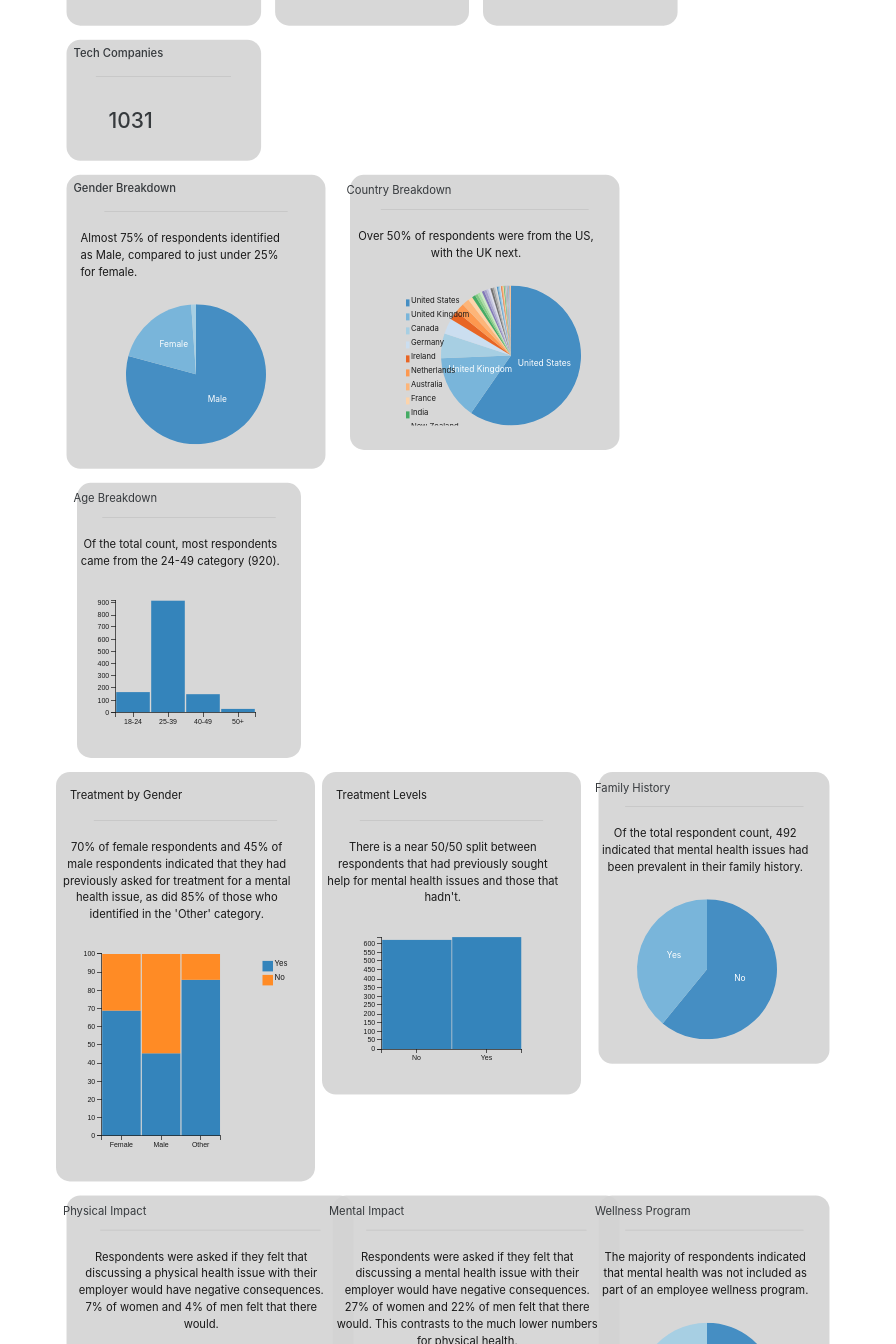
Repository: martingr1/mhdashboard
Page: index.html
The author's editor kept a record of every edit. The page is drawn from the files as they stood at one moment, then again after the next edit.
The browser window is 1280 px wide. The pictures show the part of the page from y = 554 to 2474 px (the page is 2861 px tall before and 2885 px after), at 70% of full size.
Some web libraries are served in a nearby version.

Above is the page before.

After the next edit:
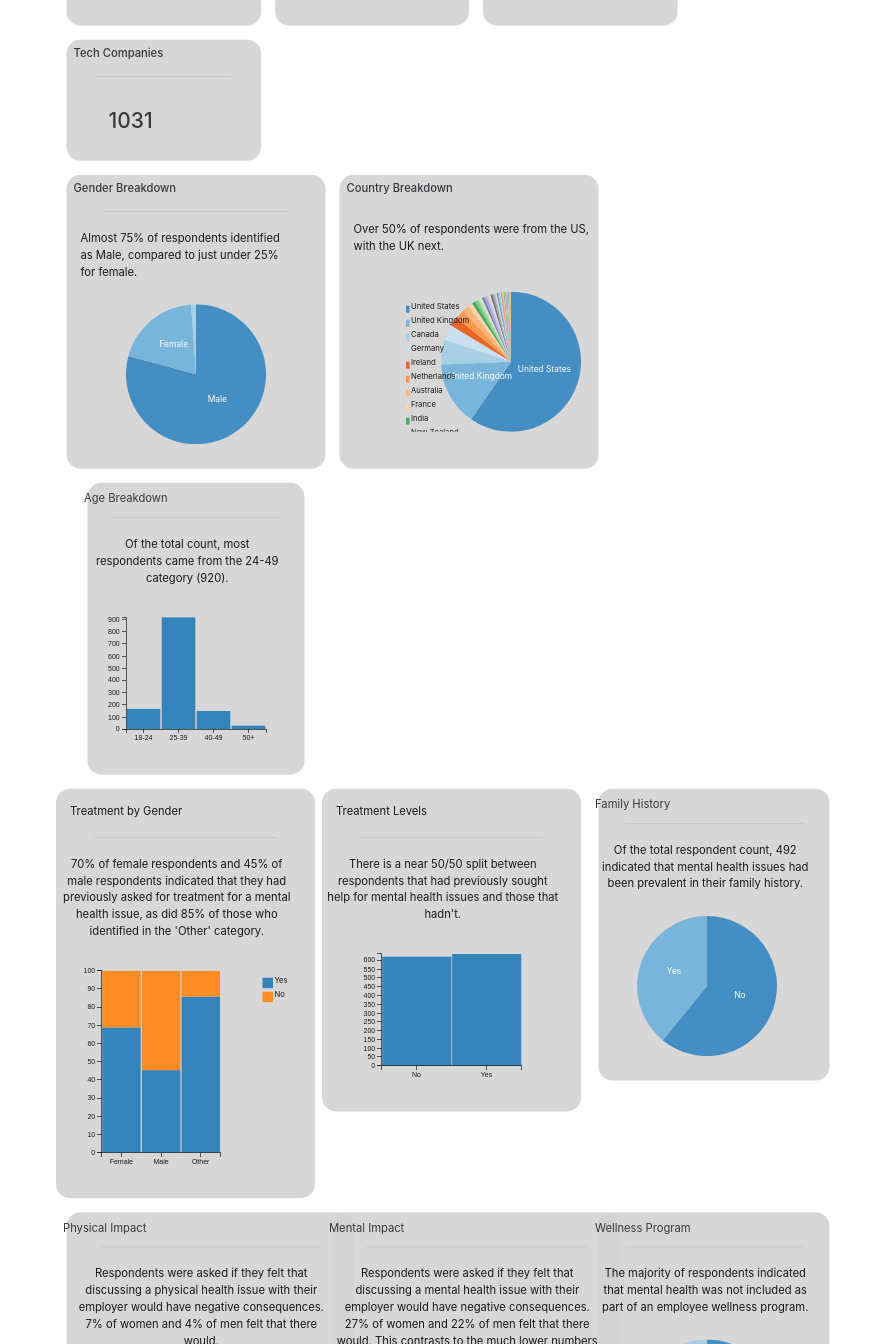
The edit:
--- a/index.html
+++ b/index.html
@@ -122,40 +122,40 @@
                         </div>
                     </div>
 
-                    <article class="article col-xs-12 col-sm-6 col-lg-4">
-                        <div class="row no-gutters text-center">
-                            <div class="row content-box">
+                    <div class="content-box col-xs-12 col-sm-12 col-md-4">
+                        <div class="row no-gutters">
+                            <div class="row no-gutters">
+                                <h6>Country Breakdown
+                                    <h6>
+                            </div>
+                            <div>
+                                <p class="chart-text">Over 50% of respondents were from the US, with the UK next.</p>
+                            </div>
+                            <div class="row">
+                                <div class="chart country-pie" id="country_breakdown"></div>
+                            </div>
+                        </div>
+                    </div>
+                </div>
+                </article>
+
+                <article class="article col-xs-12 col-sm-6 col-lg-4">
+                    <div class="row no-gutters text-center">
+                        <div class="row content-box">
+                            <div class="row">
+                                <div class="text-center">Age Breakdown</div>
+                                <hr class="line">
+                                <div>
+                                    <p class="chart-text">Of the total count, most respondents came from the 24-49 category (920).</p>
+                                </div>
                                 <div class="row">
-                                    <div class="text-center">Country Breakdown</div>
-                                    <hr class="line">
-                                    <div>
-                                        <p class="chart-text">Over 50% of respondents were from the US, with the UK next.</p>
-                                    </div>
-                                    <div class="row">
-                                        <div class="chart country-pie" id="country_breakdown"></div>
-                                    </div>
+                                    <div class="chart" id="age_breakdown"></div>
                                 </div>
                             </div>
                         </div>
-                    </article>
-
-                    <article class="article col-xs-12 col-sm-6 col-lg-4">
-                        <div class="row no-gutters text-center">
-                            <div class="row content-box">
-                                <div class="row">
-                                    <div class="text-center">Age Breakdown</div>
-                                    <hr class="line">
-                                    <div>
-                                        <p class="chart-text">Of the total count, most respondents came from the 24-49 category (920).</p>
-                                    </div>
-                                    <div class="row">
-                                        <div class="chart" id="age_breakdown"></div>
-                                    </div>
-                                </div>
-                            </div>
-                        </div>
-                    </article>
-                </div>
+                    </div>
+                </article>
+            </div>
             </div>
         </section>
 
